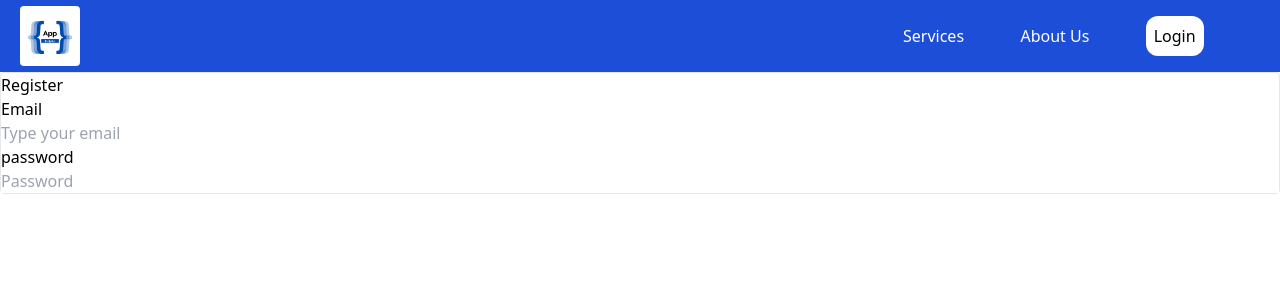
Repository: Cotizacionact/appscriptersvelte
Page: /Auth
An editor plug-in stored every save of this project. The page is shown before and after the next save, followed by the edit.
The browser window is 1280 px wide. The pictures show the whole page.
The page's requests for data from a server got no answer. The project was rebuilt for these pictures with package versions that can differ from the ones it lists, and the page was loaded fresh each time. The framework's server and built-in components were replaced by stand-ins that run in the browser. No one was signed in, and anything a server would have sent is missing. Also part of the build but not shown: svelte.config.js, vite.config.ts.

Above is the page before, as saved 2023-08-20 02:09:22.

After the next save:
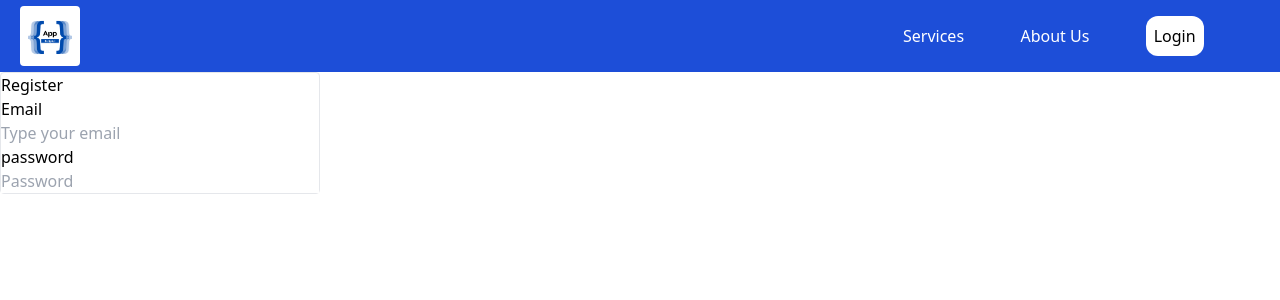
Saved 10 s later.
--- a/src/routes/Auth/register.svelte
+++ b/src/routes/Auth/register.svelte
@@ -2,7 +2,7 @@
 
 </script>
 
-<main class="border rounded">
+<main class="border rounded md:w-1/4">
     <h1>Register</h1>
     <form action="?/register" method="POST" class="flex flex-col">
         <label for="email">Email</label>

After the 2 saves that followed:
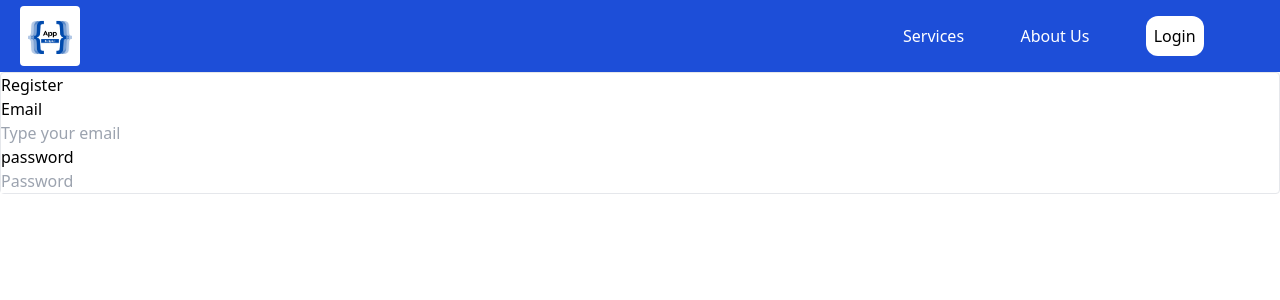
The 2 saves are shown as one change because 1 left the picture as it was.
The last was saved 40 s later.
--- a/src/routes/Auth/register.svelte
+++ b/src/routes/Auth/register.svelte
@@ -2,9 +2,9 @@
 
 </script>
 
-<main class="border rounded md:w-1/4">
-    <h1>Register</h1>
-    <form action="?/register" method="POST" class="flex flex-col">
+<main class="border rounded">
+    <form action="?/register" method="POST" class="flex flex-col md:w-1/4">
+        <h1>Register</h1>
         <label for="email">Email</label>
         <input type="text" name="email" id="email" placeholder="Type your email"/>
         <label for="password">password</label>
